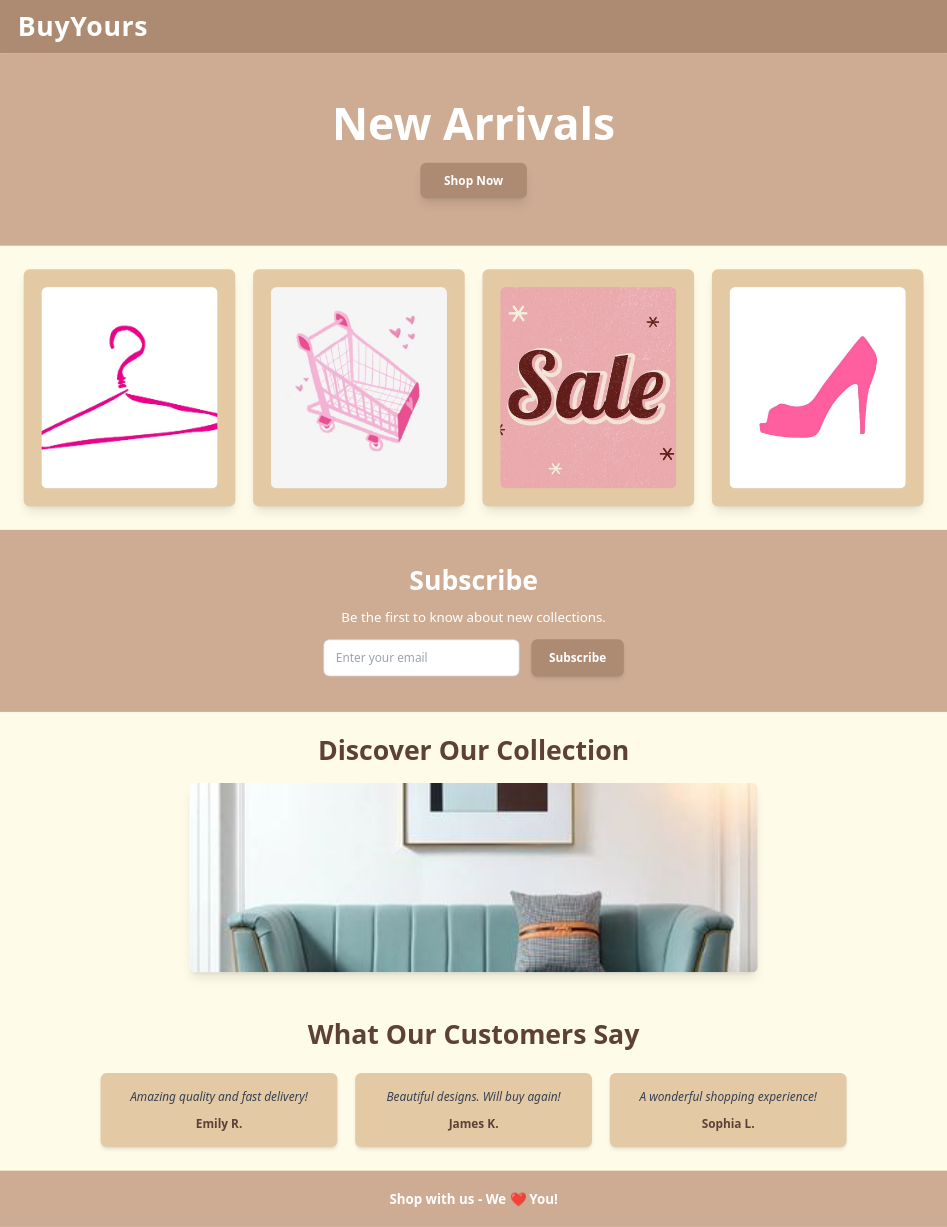
Repository: prathyushaa5/BuyYours
Page: / (app in Frontend/)
An editor plug-in stored every save of this project. The page is shown before and after the next save, followed by the edit.
The browser window is 1280 px wide. The pictures show the whole page, at 74% of full size.
The project was rebuilt for these pictures with package versions that can differ from the ones it lists, and the page was loaded fresh each time. Also part of the build but not shown: Frontend/vite.config.js, Frontend/src/components/Login.jsx, Frontend/src/components/Signup.jsx, Frontend/src/components/Home.jsx.

Above is the page before, as saved 2025-02-14 04:52:22.

### Frontend/src/App.jsx
import { BrowserRouter as Router, Routes, Route } from "react-router-dom";
import { useState } from "react";
import Main from "./components/Main";
import Login from "./components/Login";
import Signup from "./components/Signup";
import Home from "./components/Home";

export default function App() {
  const [token, setToken] = useState(null);

  const handleLogin = (userToken) => {
    setToken(userToken);
  };

  return (
    <Router>
      <Routes>
        {/* Show Main page first */}
        <Route path="/" element={<Main />} />

        {/* Login Page */}
        <Route path="/login" element={<Login onLogin={handleLogin} />} />

        {/* Signup Page */}
        <Route path="/signup" element={<Signup />} />

        {/* Home Page (Protected) */}
        <Route path="/home" element={token ? <Home /> : <Login onLogin={handleLogin} />} />
      </Routes>
    </Router>
  );
}

### Frontend/src/components/Main.jsx
import image1 from "../assets/cards/hanger.jpeg";
import image2 from "../assets/cards/pink.jpeg";
import image3 from "../assets/cards/sale.jpeg";
import image4 from "../assets/cards/shoes.jpeg";
import { useNavigate } from "react-router-dom";
import { motion, AnimatePresence } from "framer-motion";
import { useState, useEffect } from "react";
import img1 from "../assets/carasoule/img1.jpg";
import img2 from "../assets/carasoule/img2.jpg";
import img3 from "../assets/carasoule/img3.jpg";
import img4 from "../assets/carasoule/img4.jpg";

export default function MainPage() {
  const navigate = useNavigate();
  const images = [img1, img2, img3, img4];
  const [currentIndex, setCurrentIndex] = useState(0);
  const [direction, setDirection] = useState(1);

  useEffect(() => {
    const interval = setInterval(() => {
      setDirection(1);
      setCurrentIndex((prevIndex) => (prevIndex + 1) % images.length);
    }, 3000);
    return () => clearInterval(interval);
  }, []);

  return (
    <div className="bg-[#FFFBE9] min-h-screen text-[#5D4037]">
      {/* Navbar */}
      <nav className="bg-[#AD8B73] py-4 px-6 flex justify-between items-center shadow-md">
        <h1 className="text-4xl font-extrabold text-white tracking-wide">BuyYours</h1>
      </nav>

      {/* Hero Section */}
      <section className="flex flex-col items-center text-center py-16 bg-[#CEAB93] text-white">
        <h2 className="text-6xl font-extrabold mb-6">New Arrivals</h2>
        <button
          className="bg-[#AD8B73] px-8 py-3 text-white font-bold rounded-lg shadow-lg hover:scale-105 hover:bg-[#8B5E3C] transition"
          onClick={() => navigate("/signup")}
        >
          Shop Now
        </button>
      </section>

      {/* Categories */}
      <div className="grid grid-cols-2 md:grid-cols-4 gap-6 p-8">
        {[image1, image2, image3, image4].map((image, index) => (
          <div
            key={index}
            className="bg-[#E3CAA5] p-6 text-center rounded-lg shadow-lg h-80 transition-transform transform hover:scale-105"
          >
            <img src={image} alt={`Category ${index + 1}`} className="w-full h-full object-cover rounded-lg" />
          </div>
        ))}
      </div>

      {/* Subscribe Section */}
      <section className="bg-[#CEAB93] text-center py-12 text-white">
        <h3 className="text-4xl font-extrabold mb-4">Subscribe</h3>
        <p className="mb-4 text-lg">Be the first to know about new collections.</p>
        <div className="flex justify-center">
          <input
            type="email"
            placeholder="Enter your email"
            className="px-4 py-3 rounded-lg border border-gray-300 focus:ring-2 focus:ring-[#AD8B73] outline-none"
          />
          <button className="ml-4 bg-[#AD8B73] px-6 py-3 text-white font-bold rounded-lg shadow-md hover:scale-105 hover:bg-[#8B5E3C] transition">
            Subscribe
          </button>
        </div>
      </section>

      {/* Carousel */}
      <section className="p-8">
        <h3 className="text-4xl font-bold text-center mb-6">Discover Our Collection</h3>
        <div className="relative w-full max-w-3xl mx-auto overflow-hidden rounded-lg shadow-lg">
          <div className="relative w-full h-64">
            <AnimatePresence initial={false} custom={direction}>
              <motion.img
                key={currentIndex}
                src={images[currentIndex]}
                alt="Carousel Slide"
                className="absolute w-full h-full object-cover"
                initial={{ x: direction * 100, opacity: 0 }}
                animate={{ x: 0, opacity: 1 }}
                exit={{ x: -direction * 100, opacity: 0 }}
                transition={{ duration: 0.8, ease: "easeInOut" }}
              />
            </AnimatePresence>
          </div>
        </div>
      </section>

      {/* Testimonials */}
      <section className="p-8">
        <h3 className="text-4xl font-bold text-center mb-8">What Our Customers Say</h3>
        <div className="flex flex-wrap justify-center gap-6">
          {[
            { name: "Emily R.", text: "Amazing quality and fast delivery!" },
            { name: "James K.", text: "Beautiful designs. Will buy again!" },
            { name: "Sophia L.", text: "A wonderful shopping experience!" },
          ].map((review, index) => (
            <div
              key={index}
              className="bg-[#E3CAA5] p-5 rounded-lg shadow-md w-80 text-center hover:shadow-xl transition-shadow"
            >
              <p className="italic text-gray-700">{review.text}</p>
              <p className="font-semibold mt-3">{review.name}</p>
            </div>
          ))}
        </div>
      </section>

      {/* Footer */}
      <footer className="bg-[#CEAB93] text-center py-6 text-white font-bold text-lg">
        Shop with us - We ❤️ You!
      </footer>
    </div>
  );
}

### Frontend/tailwind.config.js
/** @type {import('tailwindcss').Config} */
export default {
  content: [
    "./index.html",
    "./src/**/*.{js,ts,jsx,tsx}",
  ],
  theme: {
    extend: {
      colors: {
        brown: {
          500: '#A0522D',
          600: '#8B4513',
          700: '#5D4037',
        },
      },
    },
  },
  plugins: [],
}

Loaded but not shown: Frontend/index.html (common file); Frontend/src/main.jsx (common file); Frontend/src/index.css (common file)

After the next save:
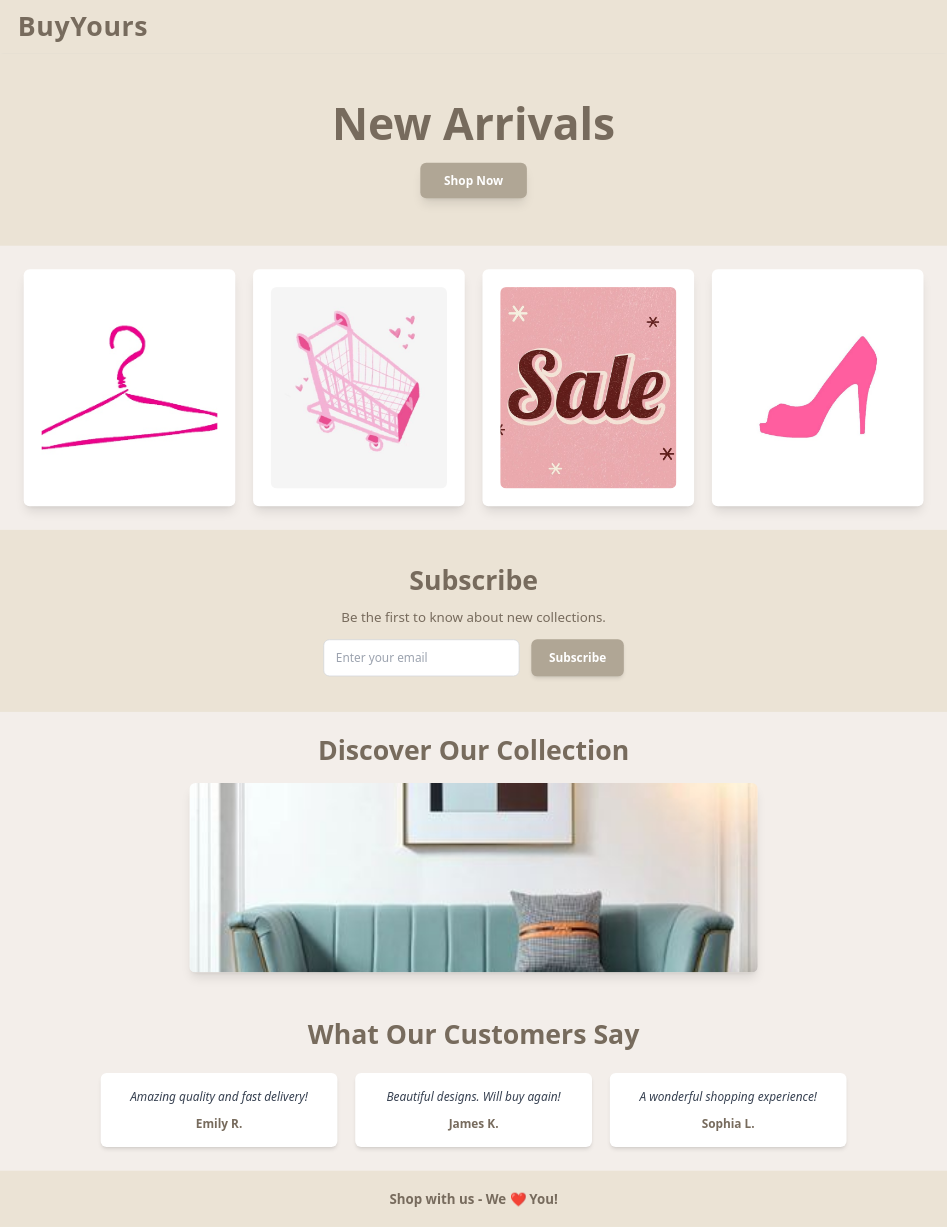
Saved 13 min 58 s later.
--- a/Frontend/src/components/Main.jsx
+++ b/Frontend/src/components/Main.jsx
@@ -25,17 +25,17 @@ export default function MainPage() {
   }, []);
 
   return (
-    <div className="bg-[#FFFBE9] min-h-screen text-[#5D4037]">
+    <div className="bg-[#F3EEEA] min-h-screen text-[#776B5D]">
       {/* Navbar */}
-      <nav className="bg-[#AD8B73] py-4 px-6 flex justify-between items-center shadow-md">
-        <h1 className="text-4xl font-extrabold text-white tracking-wide">BuyYours</h1>
+      <nav className="bg-[#EBE3D5] py-4 px-6 flex justify-between items-center shadow-md">
+        <h1 className="text-4xl font-extrabold text-[#776B5D] tracking-wide">BuyYours</h1>
       </nav>
 
       {/* Hero Section */}
-      <section className="flex flex-col items-center text-center py-16 bg-[#CEAB93] text-white">
+      <section className="flex flex-col items-center text-center py-16 bg-[#EBE3D5] text-[#776B5D]">
         <h2 className="text-6xl font-extrabold mb-6">New Arrivals</h2>
         <button
-          className="bg-[#AD8B73] px-8 py-3 text-white font-bold rounded-lg shadow-lg hover:scale-105 hover:bg-[#8B5E3C] transition"
+          className="bg-[#B0A695] px-8 py-3 text-white font-bold rounded-lg shadow-lg hover:scale-105 hover:bg-[#776B5D] transition"
           onClick={() => navigate("/signup")}
         >
           Shop Now
@@ -47,7 +47,7 @@ export default function MainPage() {
         {[image1, image2, image3, image4].map((image, index) => (
           <div
             key={index}
-            className="bg-[#E3CAA5] p-6 text-center rounded-lg shadow-lg h-80 transition-transform transform hover:scale-105"
+            className="bg-white p-6 text-center rounded-lg shadow-lg h-80 transition-transform transform hover:scale-105"
           >
             <img src={image} alt={`Category ${index + 1}`} className="w-full h-full object-cover rounded-lg" />
           </div>
@@ -55,16 +55,16 @@ export default function MainPage() {
       </div>
 
       {/* Subscribe Section */}
-      <section className="bg-[#CEAB93] text-center py-12 text-white">
+      <section className="bg-[#EBE3D5] text-center py-12 text-[#776B5D]">
         <h3 className="text-4xl font-extrabold mb-4">Subscribe</h3>
         <p className="mb-4 text-lg">Be the first to know about new collections.</p>
         <div className="flex justify-center">
           <input
             type="email"
             placeholder="Enter your email"
-            className="px-4 py-3 rounded-lg border border-gray-300 focus:ring-2 focus:ring-[#AD8B73] outline-none"
+            className="px-4 py-3 rounded-lg border border-gray-300 focus:ring-2 focus:ring-[#B0A695] outline-none"
           />
-          <button className="ml-4 bg-[#AD8B73] px-6 py-3 text-white font-bold rounded-lg shadow-md hover:scale-105 hover:bg-[#8B5E3C] transition">
+          <button className="ml-4 bg-[#B0A695] px-6 py-3 text-white font-bold rounded-lg shadow-md hover:scale-105 hover:bg-[#776B5D] transition">
             Subscribe
           </button>
         </div>
@@ -102,7 +102,7 @@ export default function MainPage() {
           ].map((review, index) => (
             <div
               key={index}
-              className="bg-[#E3CAA5] p-5 rounded-lg shadow-md w-80 text-center hover:shadow-xl transition-shadow"
+              className="bg-white p-5 rounded-lg shadow-md w-80 text-center hover:shadow-xl transition-shadow"
             >
               <p className="italic text-gray-700">{review.text}</p>
               <p className="font-semibold mt-3">{review.name}</p>
@@ -112,7 +112,7 @@ export default function MainPage() {
       </section>
 
       {/* Footer */}
-      <footer className="bg-[#CEAB93] text-center py-6 text-white font-bold text-lg">
+      <footer className="bg-[#EBE3D5] text-center py-6 text-[#776B5D] font-bold text-lg">
         Shop with us - We ❤️ You!
       </footer>
     </div>
